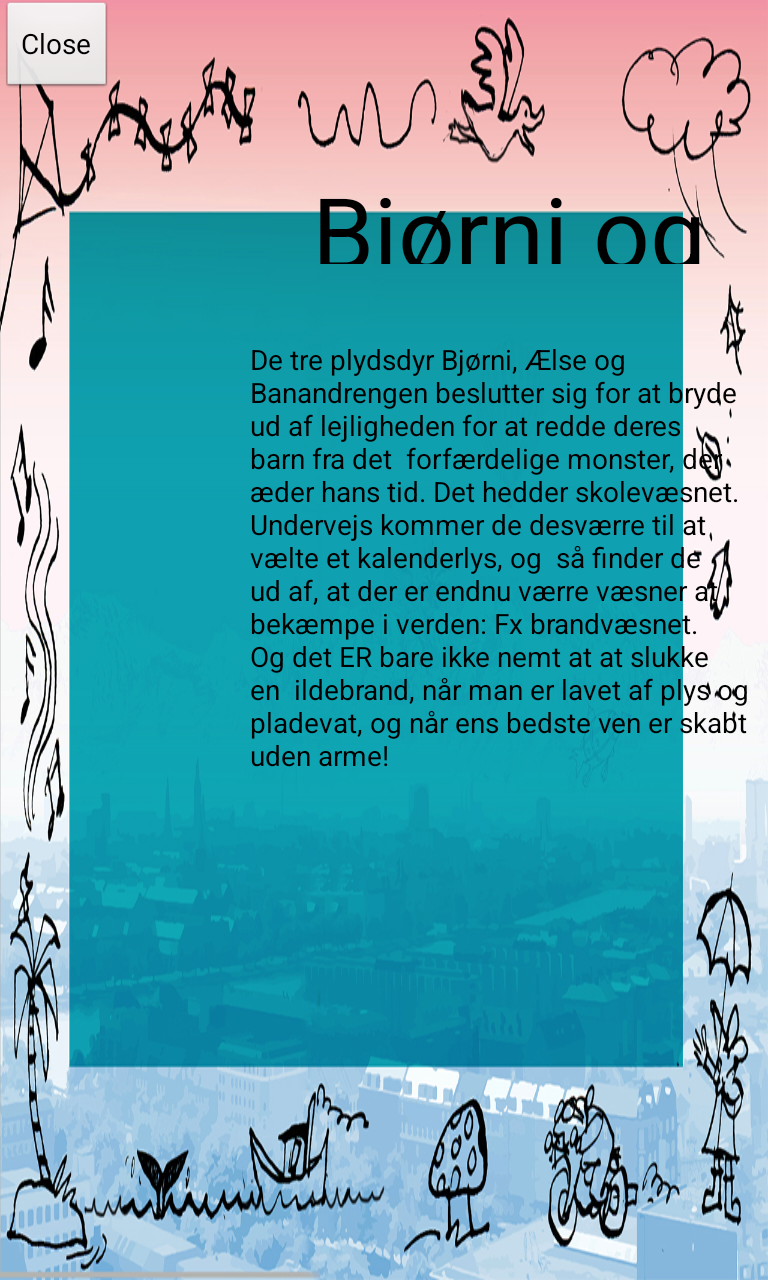
Repository: DreadMuffin/work
Layout: tablets/Historie/res/layout/popup3.xml
These files come from the project's save history. The layout is drawn as it stood at one moment and after the next save; the edit follows.
It is drawn on a 768 x 1280 px phone screen (xhdpi) without system bars, with theme android:Theme.NoTitleBar; the app's code is not run.

Above is the layout before, as saved 2015-02-26 04:40:20.

After the next save:
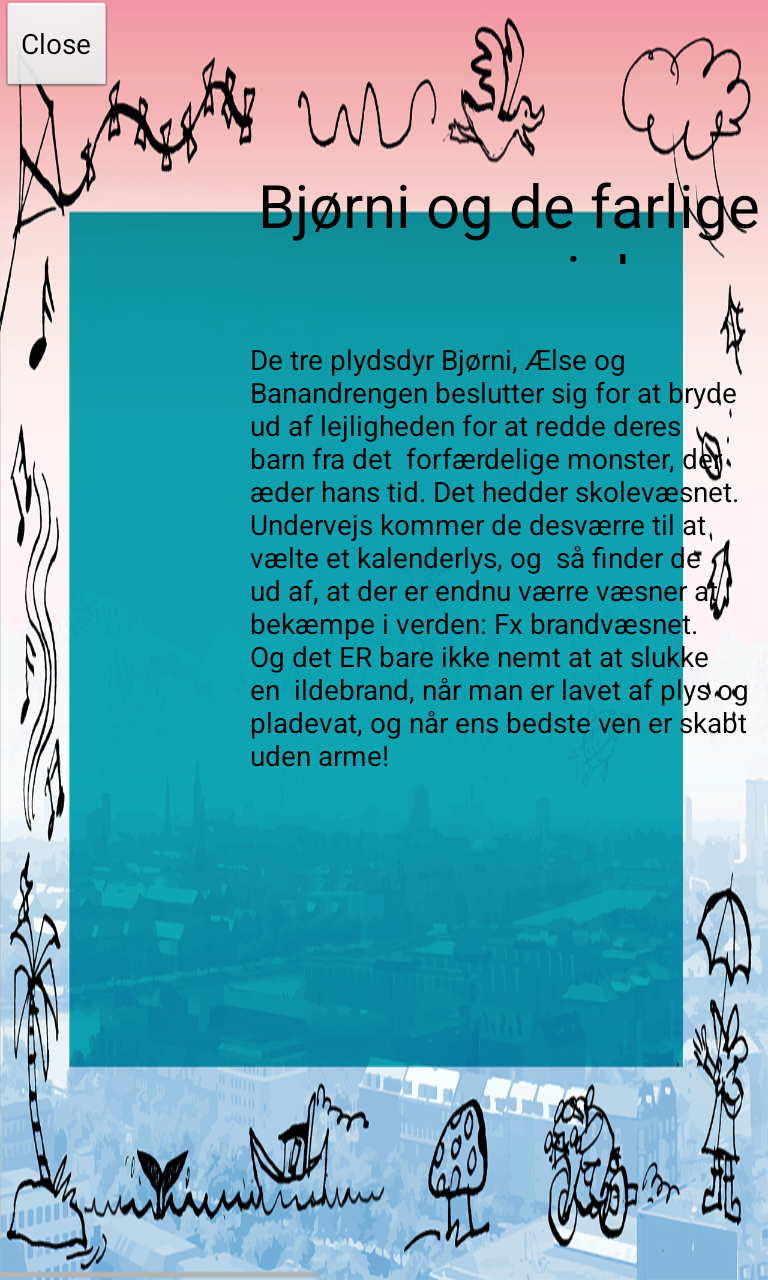
Saved 11 s later.
--- a/tablets/Historie/res/layout/popup3.xml
+++ b/tablets/Historie/res/layout/popup3.xml
@@ -35,6 +35,6 @@
 	    android:gravity="center"
 	    android:text="Bjørni og de farlige væsener i den virkelige verden"
 	    android:textColor="#000000"
-	    android:textSize="50sp" />
+	    android:textSize="30sp" />
 
 </RelativeLayout>
